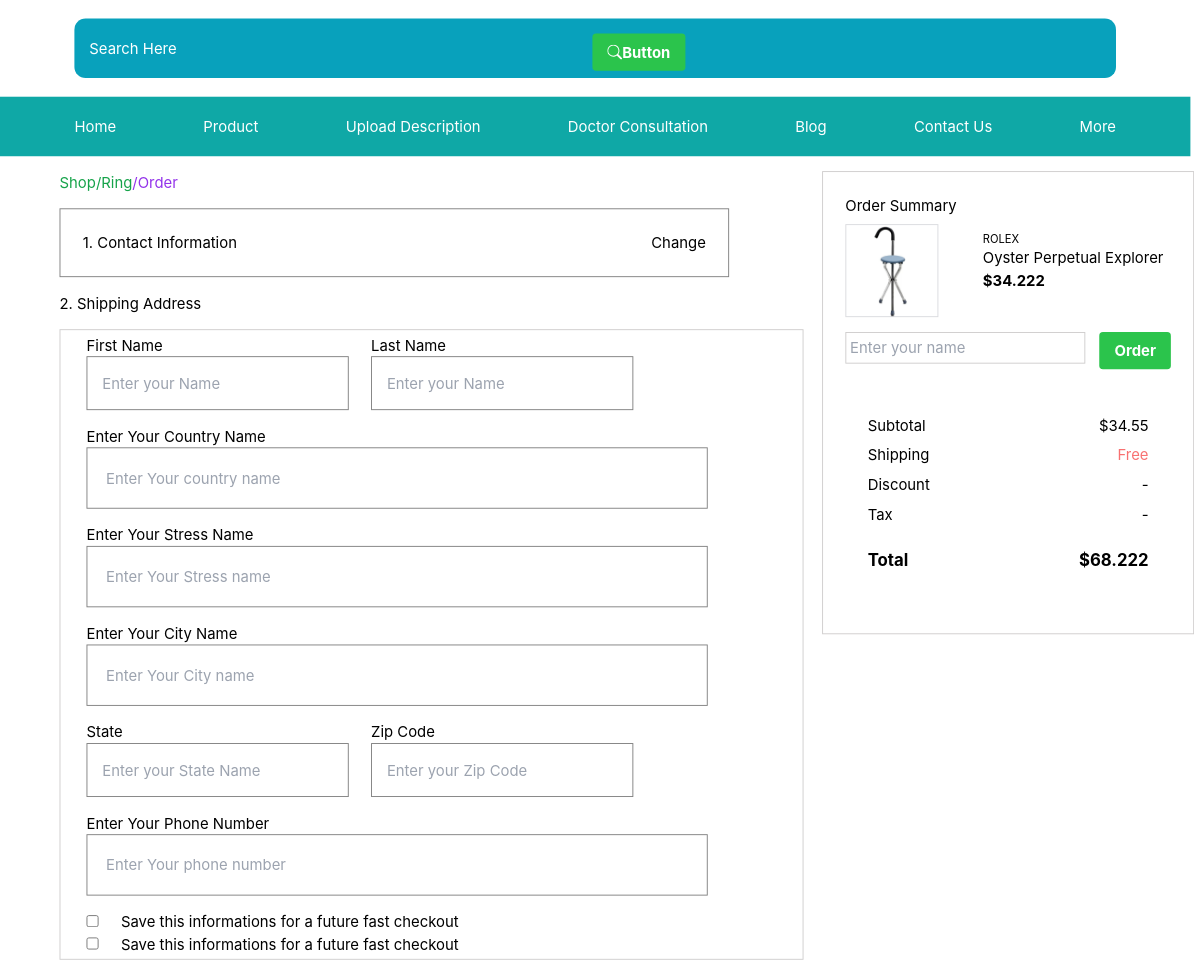
Repository: arafatmollah/form-pharma
Page: /
These files come from the project's save history. The page is drawn as it stood at one moment and after a run of saves; the edit follows.
The browser window is 1280 px wide. The page is 1284 px wide, so the pictures cover 1284 px, including what lies to the right of the window. The pictures show the whole page, at 93% of full size.
The project was rebuilt for these pictures with package versions that can differ from the ones it lists, and the page was loaded fresh each time.

Above is the page before, as saved 2023-03-15 00:22:55.

After the next 2 saves:
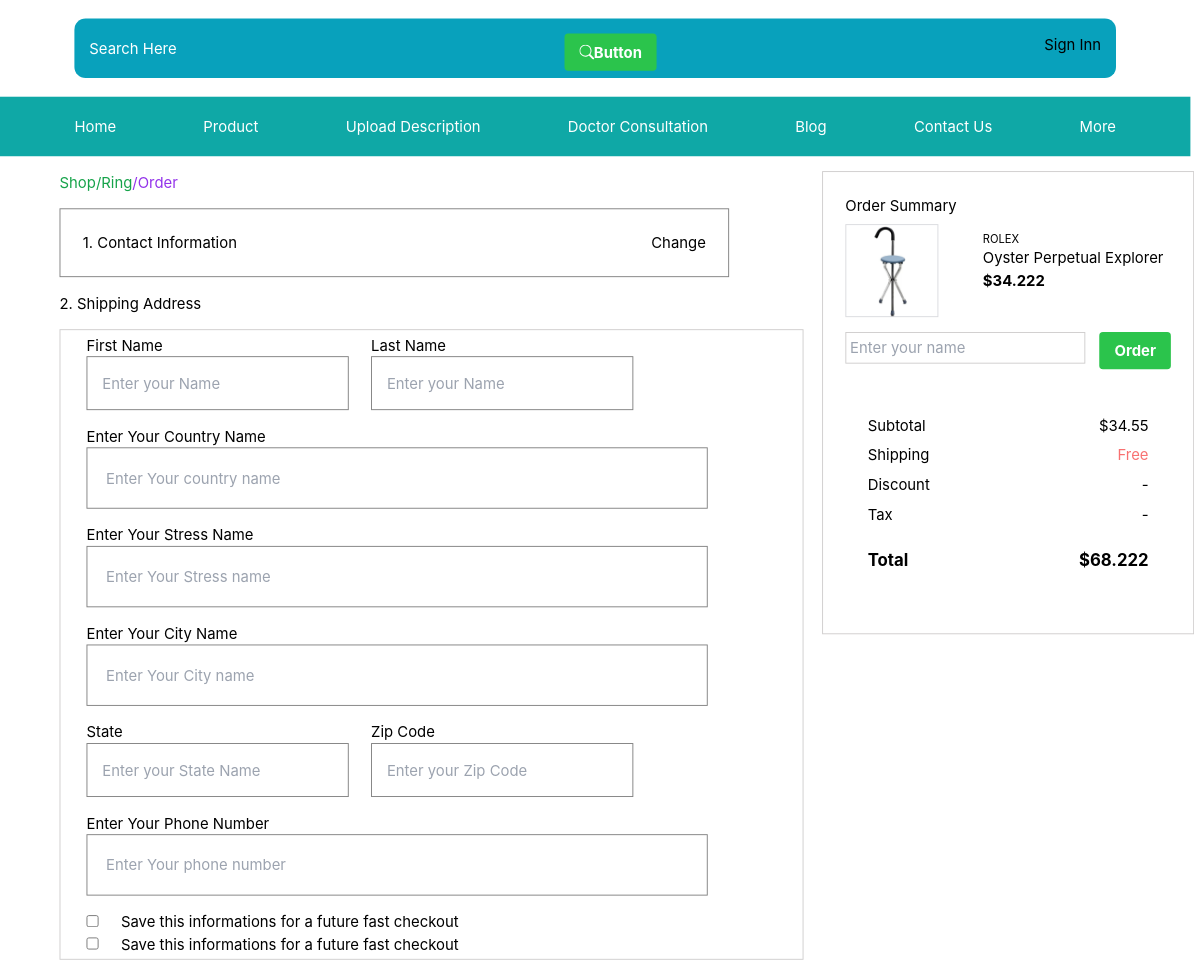
The 2 saves are shown as one change because they came seconds apart.
The last was saved 10 s later.
--- a/src/Nav.js
+++ b/src/Nav.js
@@ -9,7 +9,7 @@ function Nav() {
           <div className='flex justify-between align-middle'>
                 <p className='text-white mt-1'>Search Here</p>
                 <button className="btn mb-1 py-2 flex items-center justify-between"><BsSearch></BsSearch> Button</button>
-                <p></p>
+                <p>Sign Inn</p>
           </div>
         </div>
         <div className='box-border h-16 w-100 nav'>
